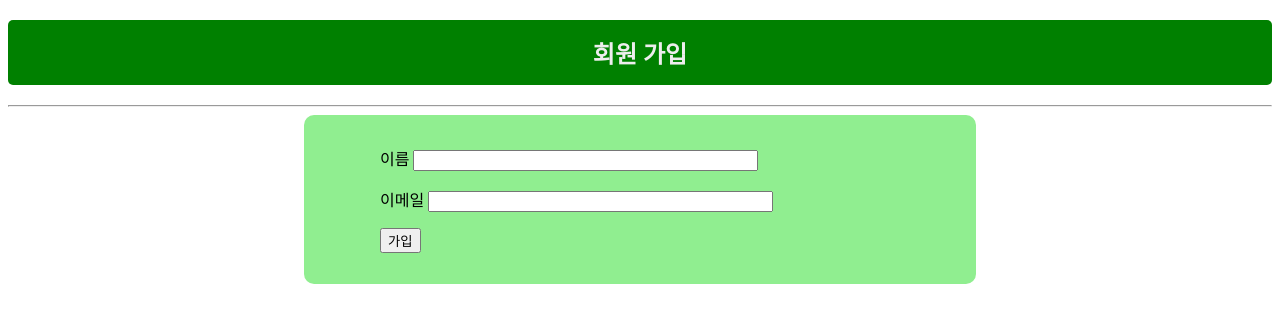
Repository: kiyongee2/kh-jsp
Page: http://localhost/jwbook/validation/joinForm.jsp
The author's editor kept a copy of each file at every save. The page is drawn from the files as they stood at one save, then again after the next save.
The browser window is 1280 px wide. The pictures show the whole page.
The page is served by Tomcat 9. Other server files are loaded and not shown.

Above is the page before, as saved 2023-11-23 21:25:13.

### jwbook/src/main/webapp/validation/joinForm.jsp
<%@ page language="java" contentType="text/html; charset=UTF-8"
    pageEncoding="UTF-8"%>
<!DOCTYPE html>
<html>
<head>
<meta charset="UTF-8">
<title>회원 가입 폼</title>
<style type="text/css">
	h2{ background: green; text-align: center;
	    border-radius: 5px; padding: 15px 0; color: #eee;}
	#regform{ width: 50%; margin: 0 auto; background: lightgreen;
	          padding: 15px 20px; border-radius: 10px;}
	ul li{list-style: none; margin: 16px;}
</style>
<script type="text/javascript">
	function signUp(){
		let form = document.form1;
		let name = form.name.value;
		let email = form.email.value;

		alert("정말로 가입하시겠습니까?");
		document.getElementById('regform').style.display = "none";
		document.getElementById('rname').innerHTML = name;
		document.getElementById('rmail').innerHTML = email;
		document.getElementById('result').setAttribute('style',
				'display:block; background: lightgreen; padding: 5px 20px;');
	}
</script>
</head>
<body>
	<h2>회원 가입</h2>
	<hr>
	<div id="regform">
		<form action="" method="post" name="form1">
			<ul>
				<li>
					<label for="name">이름</label>
					<input type="text" id="name" name="name" size="40">
				</li>
				<li>
					<label for="email">이메일</label>
					<input type="text" id="email" name="email" size="40">
				</li>
				<li>
					<button type="button" onclick="signUp()">가입</button>
				</li>
			</ul>
		</form>
	</div>

	<div id="result">
		<h3>가입 정보</h3>
		<hr>
		<p>이름: <span id="rname"></span></p>
		<p>이메일: <span id="rmail"></span></p>
	</div>

	<script>
		document.getElementById('result').style.display = "none";
	</script>
</body>
</html>

After the next save:
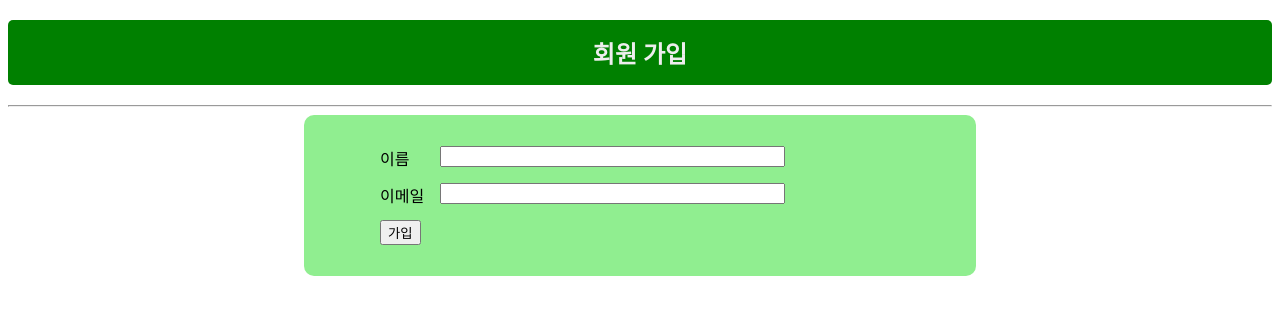
Saved 28 s later.
--- a/jwbook/src/main/webapp/validation/joinForm.jsp
+++ b/jwbook/src/main/webapp/validation/joinForm.jsp
@@ -11,6 +11,7 @@
 	#regform{ width: 50%; margin: 0 auto; background: lightgreen;
 	          padding: 15px 20px; border-radius: 10px;}
 	ul li{list-style: none; margin: 16px;}
+	label{width: 60px; float: left;}
 </style>
 <script type="text/javascript">
 	function signUp(){
